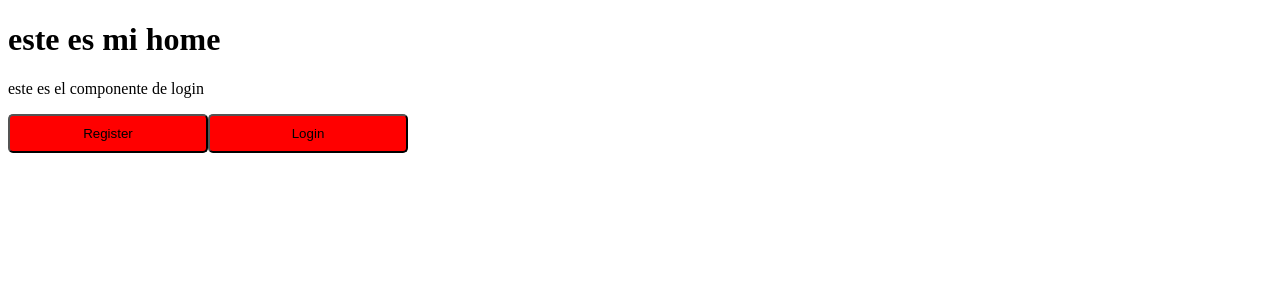
Repository: mauro8778/TurnoClinica
Page: / (app in front/vite-project/)
An editor plug-in stored every save of this project. The page is shown before and after the next save, followed by the edit.
The browser window is 1280 px wide. The pictures show the whole page.
The project was rebuilt for these pictures with package versions that can differ from the ones it lists, and the page was loaded fresh each time. Also part of the build but not shown: front/vite-project/vite.config.js.

Above is the page before, as saved 2024-04-12 10:14:32.

### front/vite-project/src/App.jsx

import Home from "./views/home";
import "./index"

function App() {


  return (
    <>


     <Home/>
    </>
  )
}

export default App

### front/vite-project/src/views/home.jsx
import NavBar from "../components/NavBar/NavBar"

const Home = () => {
    return(
       <>
        <h1>este es mi home</h1>
        <NavBar/>
       </>
    )

}
export default Home

### front/vite-project/src/components/NavBar/NavBar.jsx
import { CustomButton } from "../button/customBottonStyled";
import Login from "../login/login";
import Register from "../register/register";
import  "./NavBar";

const NavBar=()=>{

    return(
    <>
    <div className="NavBar">

    <Login/>
   <Register/>
   <CustomButton>Register</CustomButton>
   <CustomButton>Login</CustomButton>


    </div>

    </>)
}
export default NavBar;

### front/vite-project/src/components/button/customBottonStyled.jsx
import styled from "styled-components"

export const CustomButton = styled.button`
color: black;
width: 200px;
border-radius: 20px;
background-color: red;
padding: 10px;
border-radius: 5px;
  cursor: pointer;
  transition: transform 0.3s ease;
&:hover{
    background-color:white;
    transform: translateY(-5px);
}
`

### front/vite-project/src/components/login/login.jsx
const Login=()=> {
    return(
       <>
       <div>

    <p>
            este es el componente de login
    </p>

</div>
       </>
    )
}
export default Login;

### front/vite-project/src/components/register/register.jsx
const Register=()=>{
<>
<div>
<p>
    este es el componente de registro
</p>
</div>


</>

}

export default Register;

### front/vite-project/src/index.css
body{

  background-color: blue;
}

Loaded but not shown: front/vite-project/index.html (common file); front/vite-project/src/main.jsx (common file)

After the next save:
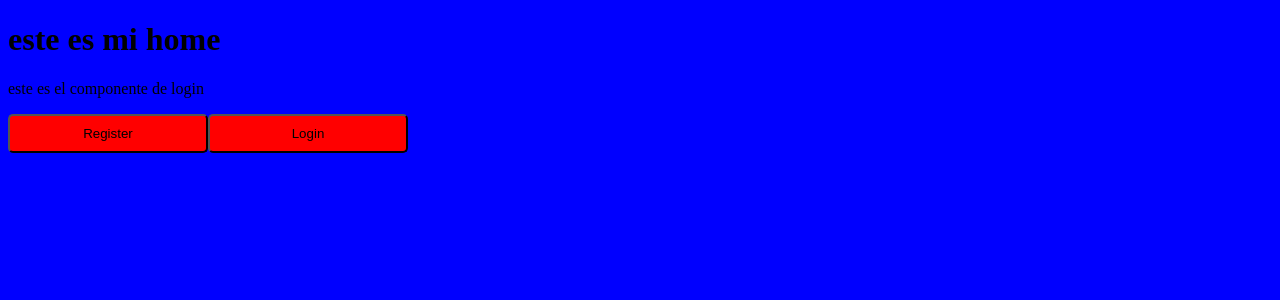
Saved 48 s later.
--- a/front/vite-project/src/App.jsx
+++ b/front/vite-project/src/App.jsx
@@ -1,6 +1,6 @@
 
 import Home from "./views/home";
-import "./index"
+import "./index.css"
 
 function App() {
 
